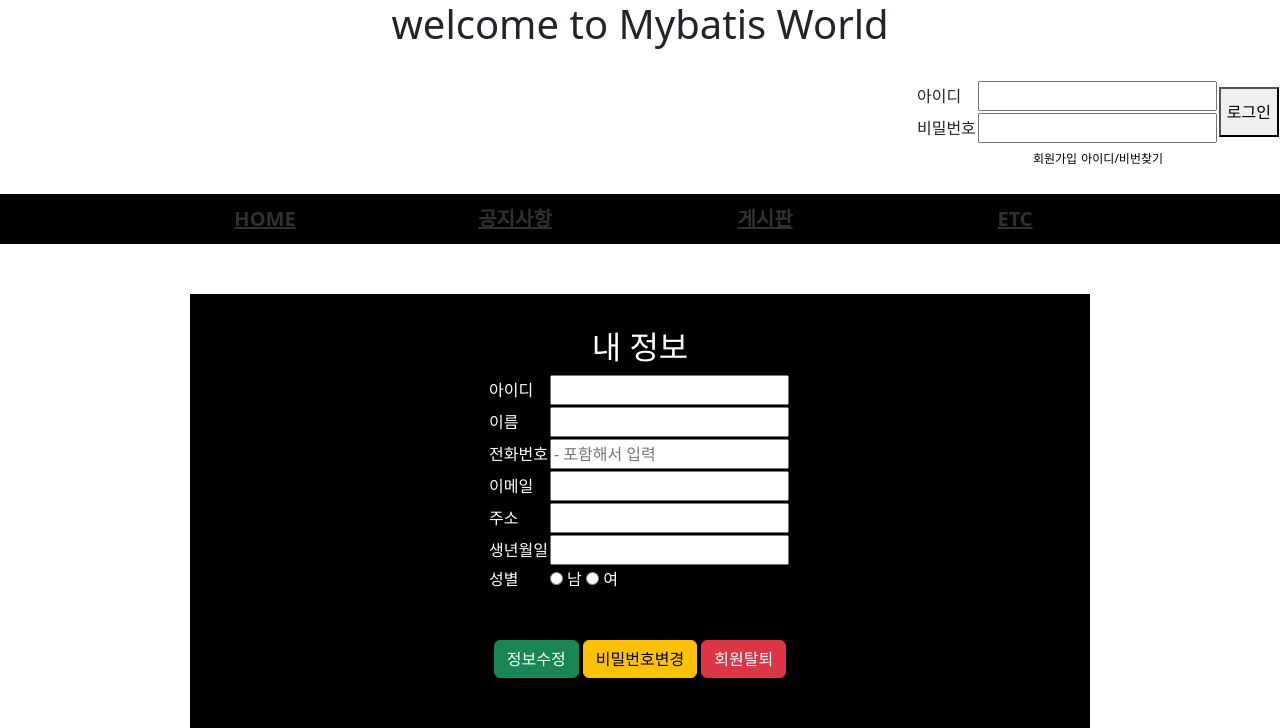
Repository: jchxnee/Juchan
Page: http://localhost/mybatisProject/views/member/myPage.jsp
An editor plug-in stored every save of this project. The page is shown before and after the next save, followed by the edit.
The browser window is 1280 px wide. The pictures show the whole page.
The page is served by Tomcat 10.

Above is the page before, as saved 2025-03-06 06:33:56.

After the next save:
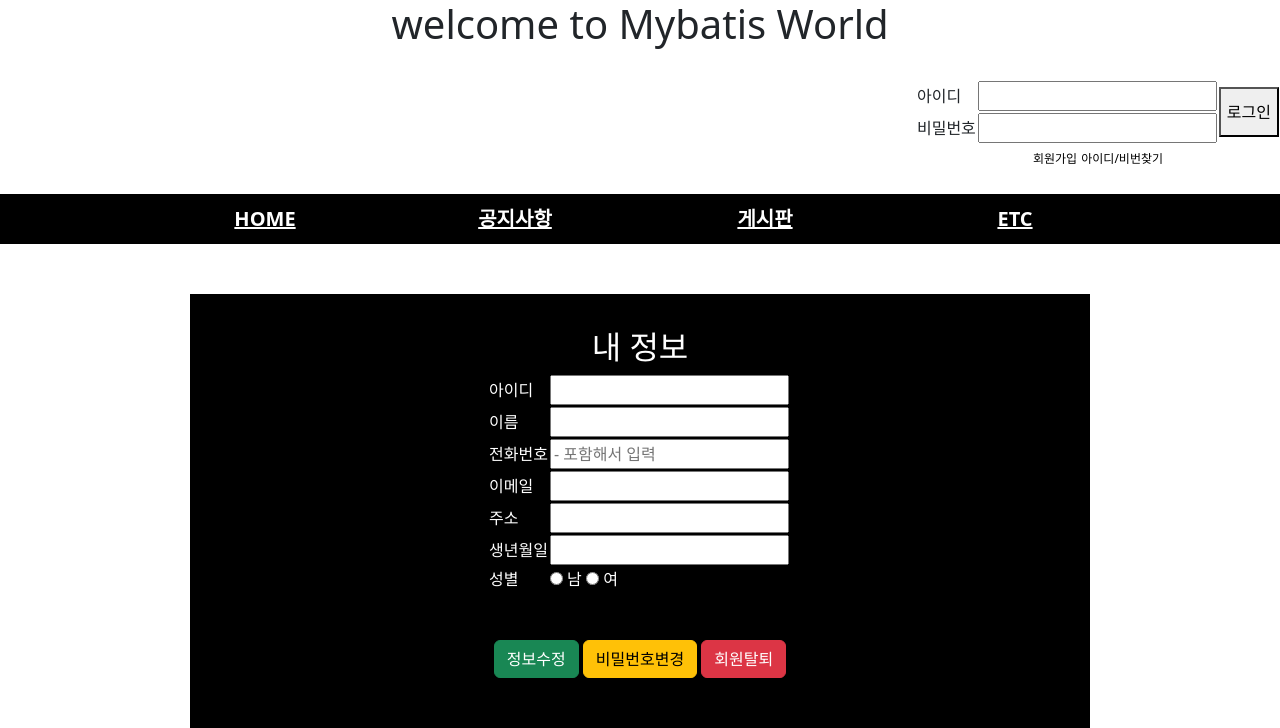
Saved 12 s later.
--- a/08_MyBatis/mybatisProject/src/main/webapp/views/common/menubar.jsp
+++ b/08_MyBatis/mybatisProject/src/main/webapp/views/common/menubar.jsp
@@ -40,7 +40,7 @@
     }
 
 	    .menu a {
-	   color: rgb(48, 48, 48);
+	   color: white;
 	   font-size: 20px;
 	   font-weight: bold;
 	   text-align: center;
